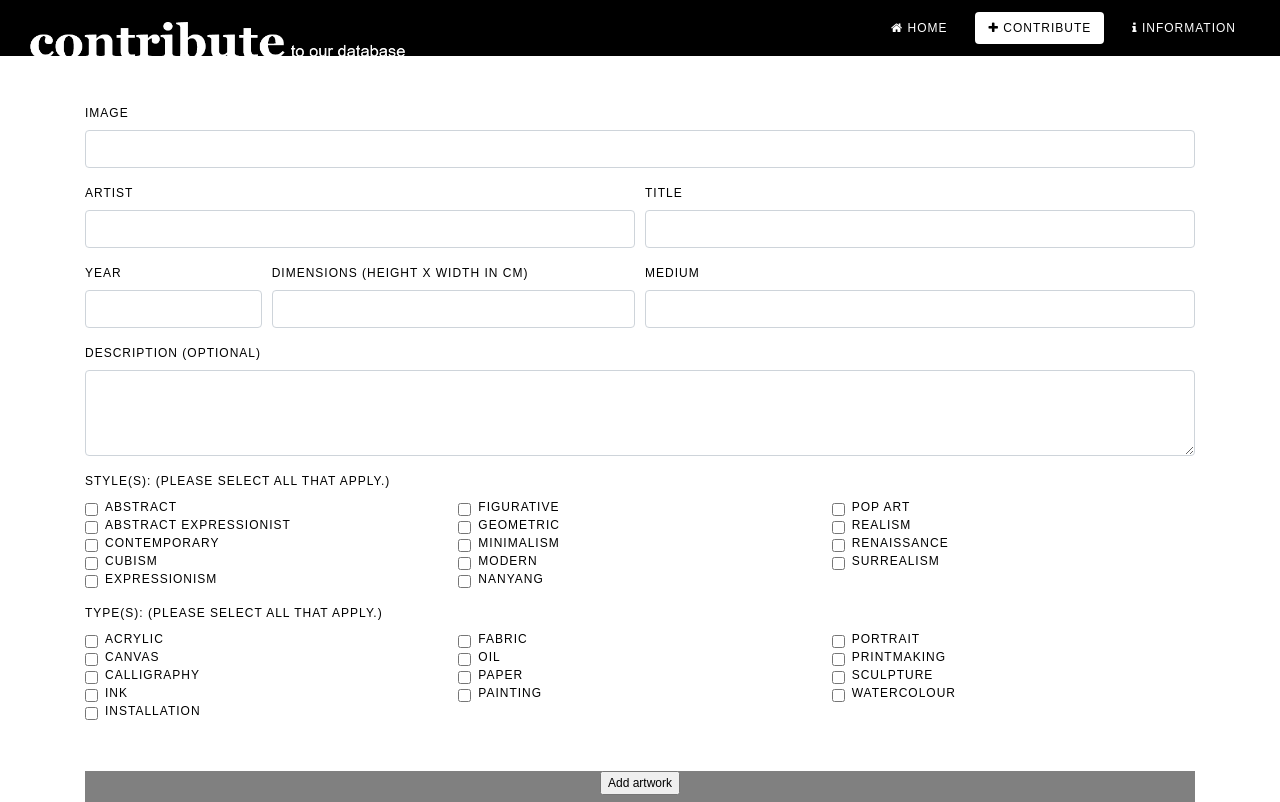
Repository: lynette-lyf/artwork-inventory
Page: http://localhost/add-artwork
The author's editor kept a record of every edit. The page is drawn from the files as they stood at one moment, then again after the next edit.
The browser window is 1280 px wide. The pictures show the whole page.
The page is served by the project's application, run on Flask 3 (app.py).

Above is the page before.

After the next edit:
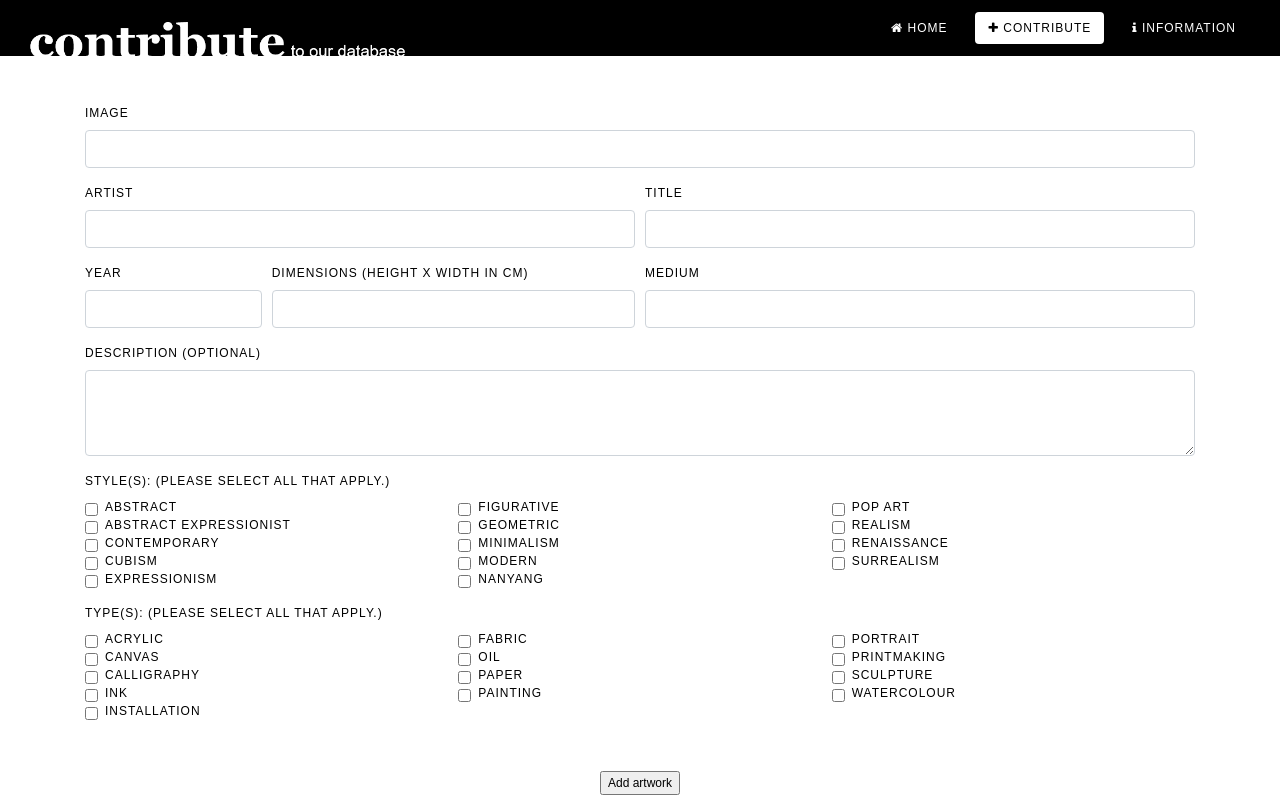
The edit:
--- a/templates/add_artwork.template.html
+++ b/templates/add_artwork.template.html
@@ -51,7 +51,7 @@
 
 }
 
-#contribute {
+#contribute, #submit {
   font-family: Arial;
     color: black;
     text-decoration: none;
